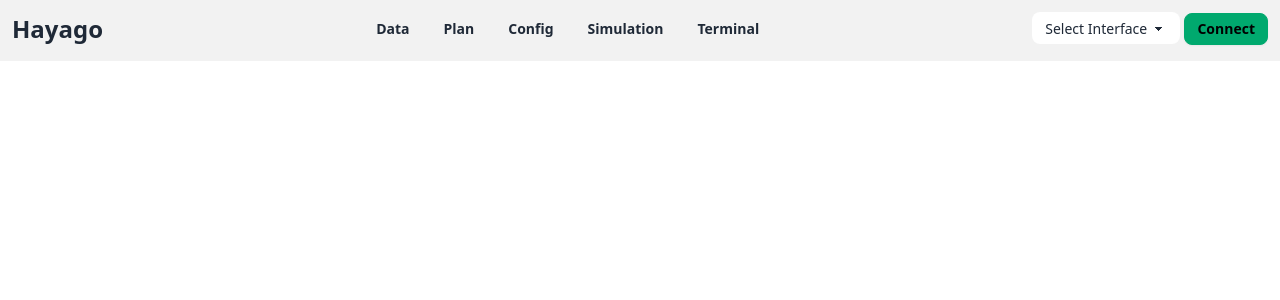
Repository: khulqu15/rov.commander
Page: http://localhost/planner/
The author's editor kept a copy of each file at every save. The page is drawn from the files as they stood at one save, then again after the next save.
The browser window is 1280 px wide. The pictures show the whole page.
Some web libraries are served in a nearby version. The page is served by the project's application, run on Django 5.2 (manage.py). Other server files are loaded and not shown.

Above is the page before, as saved 2025-02-06 21:05:00.

### templates/index.html
<!DOCTYPE html>
<html lang="en">
<head>
    <meta charset="UTF-8">
    <meta name="viewport" content="width=device-width, initial-scale=1.0">
    <link href="https://cdn.jsdelivr.net/npm/daisyui@4.12.23/dist/full.min.css" rel="stylesheet" type="text/css" />
    <script src="https://cdn.tailwindcss.com"></script>
    <title>Mission Planner App</title>
</head>
<body>
    <div class="fixed left-0 w-full p-3 pb-4 bg-base-200 top-0 flex justify-between items-center">
        <div>
            <h1 class="text-2xl font-bold">Hayago</h1>
        </div>
        <div class="lg:flex items-center justify-center gap-2">
            <button type="submit" class="btn btn-ghost btn-sm">Data</button>
            <button type="submit" class="btn btn-ghost btn-sm">Plan</button>
            <button type="submit" class="btn btn-ghost btn-sm">Config</button>
            <button type="submit" class="btn btn-ghost btn-sm">Simulation</button>
            <button type="submit" class="btn btn-ghost btn-sm">Terminal</button>
        </div>
        <form method="GET">
            <select name="interface" class="select select-border select-sm" id="interface">
                <option value="">Select Interface</option>
                {% for interface in interfaces %}
                    <option value="{{ interface }}" {% if interface == selected_interface %}selected{% endif %}>{{ interface }}</option>
                {% endfor %}
            </select>
            <button type="submit" class="btn btn-success btn-sm">Connect</button>
        </form>
    </div>

    {% if selected_interface %}
        <div class="result">
            <h3>Selected Network: {{ selected_interface }}</h3>
            <h4>TCP/IP Addresses:</h4>
            <ul>
                {% for ip in tcpIp %}
                    <li>{{ ip }}</li>
                {% endfor %}
            </ul>
            <h4>COM Ports:</h4>
            <ul>
                {% for port in comPorts %}
                    <li>{{ port.device }} - {{ port.description }}</li>
                {% endfor %}
            </ul>
        </div>
    {% endif %}

</body>
</html>

### network/views.py
import socket
import serial.tools.list_ports
from rest_framework.response import Response
from rest_framework.decorators import api_view
from django.shortcuts import render
from django.http import JsonResponse

serial_connection = False

def get_network_interfaces():
    """Mendapatkan daftar interface jaringan yang tersedia"""
    interfaces = set()
    host_name = socket.gethostname()
    for ip in socket.getaddrinfo(host_name, None):
        interfaces.add(ip[4][0])
    return list(interfaces)

@api_view(["GET"])
def get_network_info(request):
    interfaces = get_network_interfaces()
    selected_interface = request.GET.get("interface", None)

    ip_list = []
    com_ports = []

    if selected_interface:
        ip_list = [ip for ip in interfaces if ip == selected_interface]

        ports = list(serial.tools.list_ports.comports())
        com_ports = [{"device": port.device, "description": port.description} for port in ports]

    return render(request, "index.html", {
        "interfaces": interfaces,
        "selected_interface": selected_interface,
        "tcpIp": ip_list,
        "comPorts": com_ports
    })

@api_view(["POST"])
def connect_device(request):
    global serial_connection
    port_name = request.POST.get("port")
    baud_rate = request.POST.get("baud", 9600)
    if not port_name:
        return JsonResponse({"error": "No COM Selected"})
    try:
        serial_connection = serial.Serial(port_name, baudrate=int(baud_rate), timeout=1)
        return("/planner")
    except Exception as e:
        return JsonResponse({"error": str(e)}, status=500)

### missionCore/urls.py
"""
URL configuration for missionCore project.

The `urlpatterns` list routes URLs to views. For more information please see:
    https://docs.djangoproject.com/en/5.1/topics/http/urls/
Examples:
Function views
    1. Add an import:  from my_app import views
    2. Add a URL to urlpatterns:  path('', views.home, name='home')
Class-based views
    1. Add an import:  from other_app.views import Home
    2. Add a URL to urlpatterns:  path('', Home.as_view(), name='home')
Including another URLconf
    1. Import the include() function: from django.urls import include, path
    2. Add a URL to urlpatterns:  path('blog/', include('blog.urls'))
"""
from django.contrib import admin
from django.urls import path, include

urlpatterns = [
    path('admin/', admin.site.urls),
    path('', include('network.urls'))
]

### network/urls.py
from django.urls import path
from .views import get_network_info

urlpatterns = [
    path('planner/', get_network_info, name='planner'),
]

After the next save:
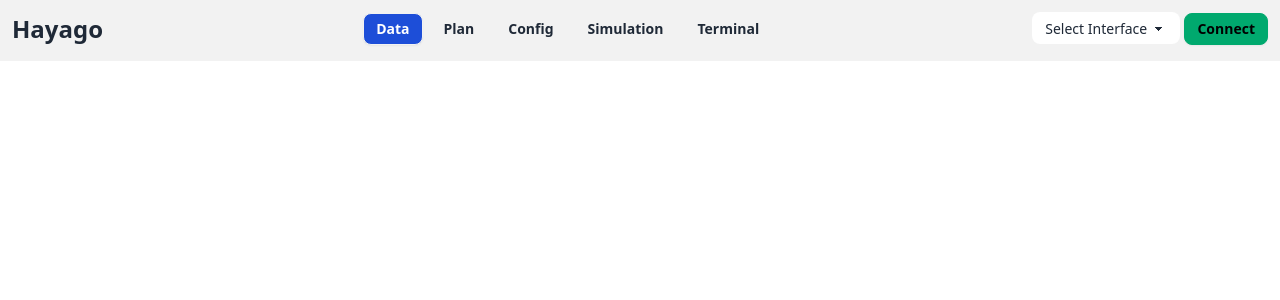
Saved 42 s later.
--- a/templates/index.html
+++ b/templates/index.html
@@ -13,7 +13,7 @@
             <h1 class="text-2xl font-bold">Hayago</h1>
         </div>
         <div class="lg:flex items-center justify-center gap-2">
-            <button type="submit" class="btn btn-ghost btn-sm">Data</button>
+            <button type="submit" class="btn bg-blue-700 text-white btn-sm">Data</button>
             <button type="submit" class="btn btn-ghost btn-sm">Plan</button>
             <button type="submit" class="btn btn-ghost btn-sm">Config</button>
             <button type="submit" class="btn btn-ghost btn-sm">Simulation</button>
